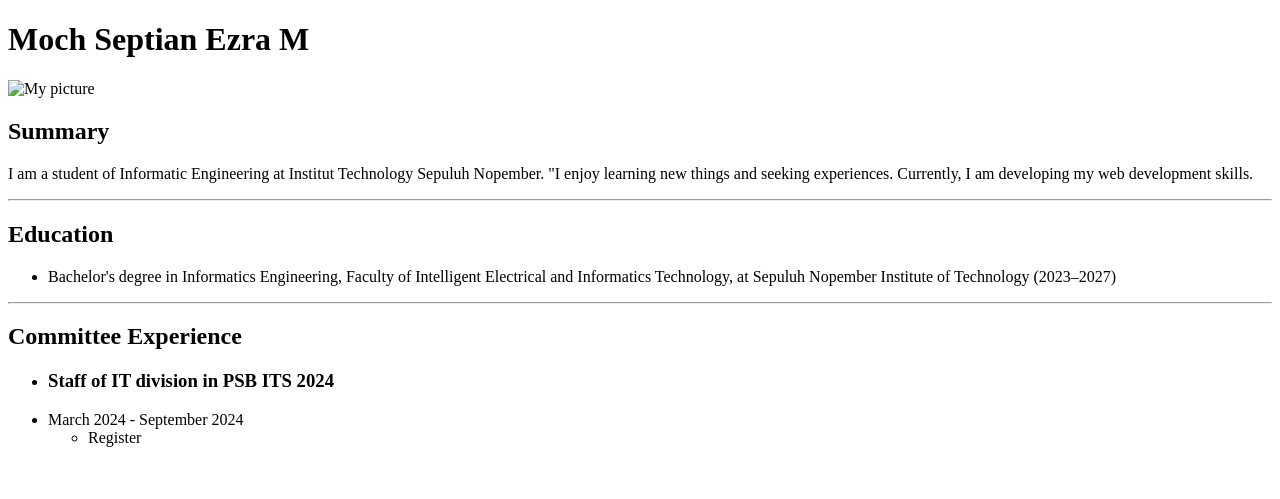
Repository: arzeee/Web_Course
Page: Capstone Project 1/index.html
The author's editor kept a copy of each file at every save. The page is drawn from the files as they stood at one save, then again after a run of saves.
The browser window is 1280 px wide. The pictures show the whole page.

Above is the page before, as saved 2024-12-06 07:50:05.

### Capstone Project 1/index.html
<!DOCTYPE html>
<html lang="en">
<head>
    <meta charset="UTF-8">
    <meta name="viewport" content="width=device-width, initial-scale=1.0">
    <title>My Resume</title>
</head>
<body>
    <h1>Moch Septian Ezra M</h1>
    <img src="" alt="My picture">

    <h2>Summary</h2>
    <p>I am a student of Informatic Engineering at Institut Technology Sepuluh Nopember. "I enjoy learning new things and seeking experiences. Currently, I am developing my web development skills.</p>
    <hr>

    <h2>Education</h2>
    <ul>
        <li>Bachelor's degree in Informatics Engineering, Faculty of Intelligent Electrical and Informatics Technology, at Sepuluh Nopember Institute of Technology (2023–2027)</li>
    </ul>
    <hr>

    <h2>Committee Experience</h2>
    <ul>
        <li><h3>Staff of IT division in PSB ITS 2024</h3></li>
        <li>March 2024 - September 2024
            <ul>
                <li>Register</li>
            </ul>
        </li>
    </ul>

    <h2></h2>
</body>
</html>

After the next 2 saves:
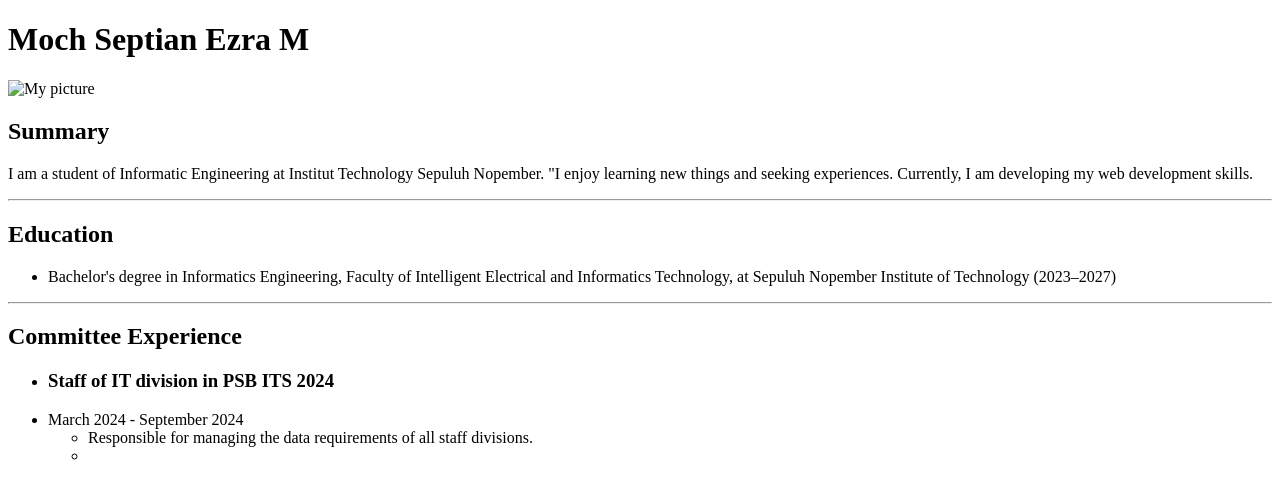
The 2 saves are shown as one change because they came seconds apart.
The last was saved 102 s later.
--- a/Capstone Project 1/index.html
+++ b/Capstone Project 1/index.html
@@ -24,7 +24,8 @@
         <li><h3>Staff of IT division in PSB ITS 2024</h3></li>
         <li>March 2024 - September 2024
             <ul>
-                <li>Register</li>
+                <li>Responsible for managing the data requirements of all staff divisions.</li>
+                <li></li>
             </ul>
         </li>
     </ul>
